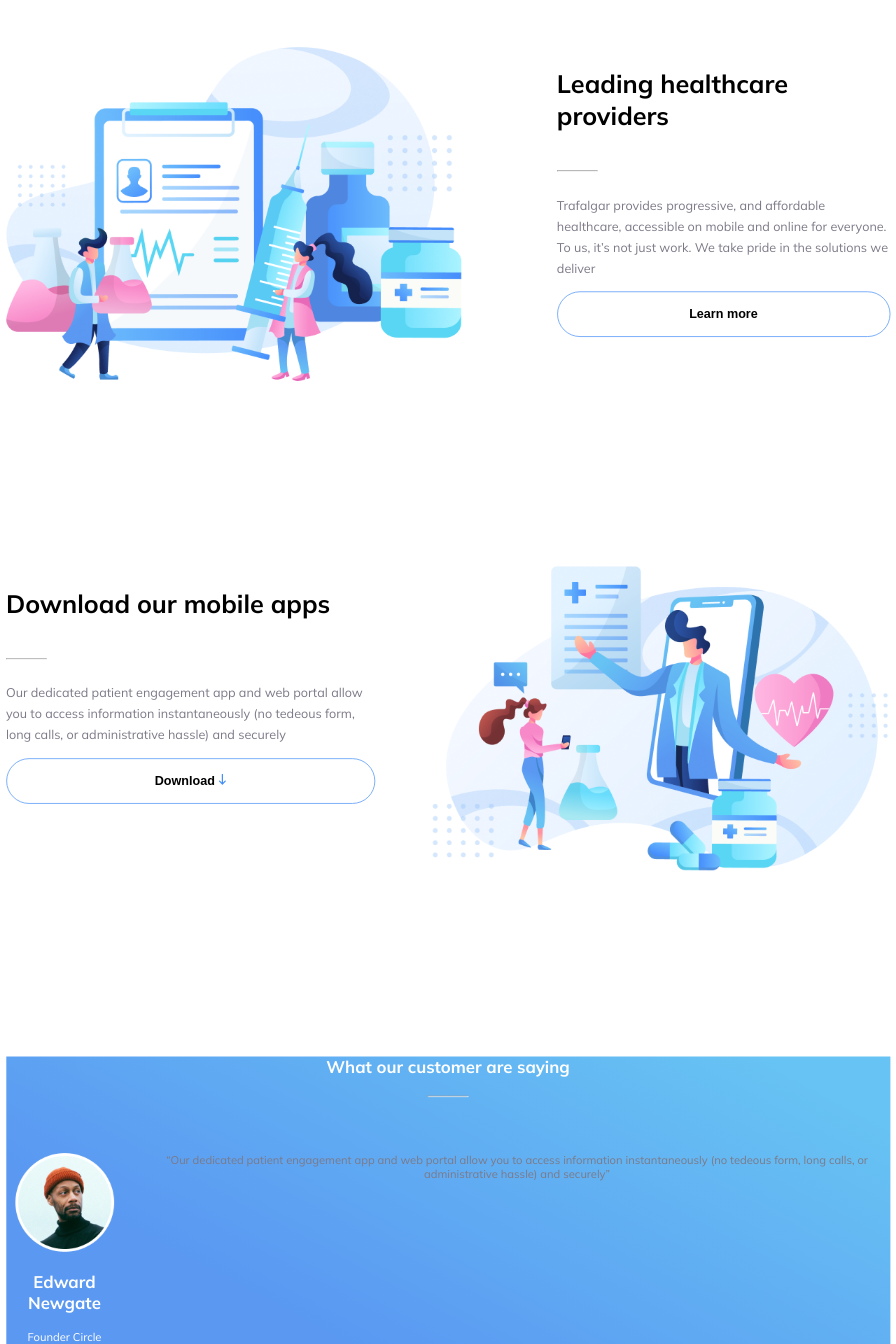
Repository: ivan-developer-01/trafalgar-layout
Page: index.html
These files come from the project's save history. The page is drawn as it stood at one moment and after the next save; the edit follows.
The browser window is 1280 px wide. The pictures show the part of the page from y = 2136 to 4056 px (the page is 4056 px tall), at 70% of full size.

Above is the page before, as saved 2024-11-08 15:22:54.

### index.html
<!DOCTYPE html>
<html lang="en">
<head>
	<meta charset="UTF-8">
	<meta http-equiv="X-UA-Compatible" content="IE=edge">
	<meta name="viewport" content="width=device-width, initial-scale=1.0">
	<title>Trafalgar Services</title>
	<link rel="preconnect" href="https://fonts.googleapis.com">
	<link rel="preconnect" href="https://fonts.gstatic.com" crossorigin>
	<link href="https://fonts.googleapis.com/css2?family=Mulish:ital,wght@0,200;0,300;0,400;0,500;0,600;0,700;0,800;0,900;1,200;1,300;1,400;1,500;1,600;1,700;1,800;1,900&display=swap" rel="stylesheet">
	<link rel="stylesheet" href="style.css">
</head>
<body>
	<header class="header">
		<div class="container">
			<!-- left part -->
			<div>
				<div class="logo">
					<img src="images/logo.png" alt="Trafalgar Logo">
				</div>
			</div>

			<!-- right part -->
			<div>
				<nav>
					<a href="#" class="nav__link nav__link-main">Home</a>
					<a href="#" class="nav__link">Find a doctor</a>
					<a href="#" class="nav__link">Apps</a>
					<a href="#" class="nav__link">Testimonials</a>
					<a href="#" class="nav__link">About us</a>
				</nav>
			</div>
		</div>
	</header>

	<main>
		<section class="main-info">
			<div class="container">
				<!-- left part -->
				<div>
					<h1>Virtual healthcare for you</h1>

					<p>Trafalgar provides progressive, and affordable healthcare, accessible on mobile and online for everyone</p>

					<button class="button round-button bg-blue">Consult today</button>
				</div>

				<!-- right part -->
				<div>
					<img src="images/hero.png" alt="Trafalgar hero image">
				</div>
			</div>

			<div class="overlay"></div>
		</section>

		<section class="our-services">
			<div class="container">
				<h2>Our services</h2>
				<hr>

				<p>We provide to you the best choiches for you. Adjust it to your health needs and make sure your undergo treatment with our highly qualified doctors you can consult with us which type of service is suitable for your health</p>

				<div class="cards">
					<div class="card">
						<img src="images/our-services/cards/search-doctor.svg" alt="Search doctor">
						<h3>Search doctor</h3>
						<p>Choose your doctor from thousands of specialist, general, and trusted hospitals</p>
					</div>
					<div class="card">
						<img src="images/our-services/cards/online-pharmacy.svg" alt="Online pharmacy">
						<h3>Online pharmacy</h3>
						<p>Buy  your medicines with our mobile application with a simple delivery system</p>
					</div>
					<div class="card">
						<img src="images/our-services/cards/consultation.svg" alt="Consultation">
						<h3>Consultation</h3>
						<p>Free consultation with our trusted doctors and get the best recomendations</p>
					</div>
					<div class="card">
						<img src="images/our-services/cards/details-info.svg" alt="Details info">
						<h3>Details info</h3>
						<p>Free consultation with our trusted doctors and get the best recomendations</p>
					</div>
					<div class="card">
						<img src="images/our-services/cards/emergency-care.svg" alt="Emergency care">
						<h3>Emergency care</h3>
						<p>You can get 24/7 urgent care for yourself or your children and your
lovely family</p>
					</div>
					<div class="card">
						<img src="images/our-services/cards/tracking.svg" alt="Tracking">
						<h3>Tracking</h3>
						<p>Track and save your medical history and health data</p>
					</div>
				</div>

				<button class="button round-button">Learn more</button>
			</div>

			<div class="overlay"></div>
			<div class="top-overlay"></div>
		</section>

		<section class="apps">
			<div class="container">
				<div class="flex-two-blocks">
					<!-- left part -->
					<div>
						<div class="image">
							<img src="images/apps/leading-healthcare-providers.png" alt="Leading healthcare providers">
						</div>
					</div>

					<!-- right part -->
					<div>
						<h2>Leading healthcare providers</h2>
						<hr>
						<p>
							Trafalgar provides progressive, and affordable healthcare, accessible on mobile and online for everyone. To us, it’s not just work. We take pride in the solutions we deliver
						</p>

						<button class="button round-button">Learn more</button>
					</div>
				</div>

				<div class="flex-two-blocks">
					<!-- left part -->
					<div>
						<h2>Download our mobile apps</h2>
						<hr>
						<p>
							Our dedicated patient engagement app and web portal allow you to access information instantaneously (no tedeous form, long calls, or administrative hassle) and securely
						</p>

						<button class="button round-button">Download
							<img src="images/arrow-download.svg" alt="Download icon">
						</button>
					</div>

					<!-- right part -->
					<div>
						<div class="image">
							<img src="images/apps/mobile-apps.png" alt="Mobile apps">
						</div>
					</div>
				</div>
			</div>
		</section>

		<section class="reviews">
			<div class="container">
				<h2>What our customer are saying</h2>
				<hr>
				<div class="review-slider">
					<div class="review">
						<div class="user">
							<img src="images/reviews/avatar-1.png" alt="Avatar" class="avatar">
							<div class="user-credentials">
								<h3>Edward Newgate</h3>
								<span>Founder Circle</span>
							</div>
						</div>

						<div class="review-text">
							<p>
								“Our dedicated patient engagement app and web portal allow you to access information instantaneously (no tedeous form, long calls, or administrative hassle) and securely”
							</p>
						</div>
					</div>
				</div>
			</div>
		</section>
	</main>
</body>
</html>

### style.css
html,
body {
	width: 100vw;
	margin: 0;
	padding: 0;
	font-family: 'Mulish', sans-serif;
}

.container {
	width: 100%;
	max-width: 1263px;
	margin: 0 auto;
}

section hr {
	width: 56px;
	margin-top: 26px;
	margin-bottom: 33px;
}

h1 {
	font-size: 48px;
}

h3 {
	font-size: 24px;
}

p {
	color: #7D7987;
	margin-top: 0;
}

.button {
	/* appearance: none; */
	border: 1px solid #458FF6;
	background: transparent;
	cursor: pointer;
	font-weight: 700;
	font-size: 18px;
	padding: 21px 41px;
}

.button.round-button {
	border-radius: 999px;
}

.bg-blue {
	background-color: #458FF6;
	color: #FFF;
}

/* header */
.header {
	padding-top: 56px;
}

.header .container {
	display: flex;
	justify-content: space-between;
	align-items: center;
}

.header nav {
	display: flex;
	gap: 40px;
	font-size: 18px;
}

.header nav a {
	text-decoration: none;
	color: #8f8a9a;
}

.header .nav__link-main {
	color: #1F1534;
}
/* /header */

/* main-info */
.main-info {
	position: relative;
}

.main-info .overlay {
	position: absolute;
	top: 0;
	left: 0;
	right: 0;
	bottom: 0;
	background-image: url(images/main-info-overlay.png);
	background-repeat: no-repeat;
	z-index: -1;
}

.main-info .container {
	display: flex;
	justify-content: space-between;
	align-items: center;
	gap: 109px;
}

.main-info p {
	font-size: 21px;
	line-height: 32px;
	margin-top: 25px;
	margin-bottom: 45px;
}
/* /main-info */

/* our-services */
.our-services {
	margin-top: 190px;
	position: relative;
}

.our-services .overlay,
.our-services .top-overlay {
	position: absolute;
	right: 0;
	bottom: 0;
	left: 0;
	background-repeat: no-repeat;
	z-index: -1;
	pointer-events: none;
}

.our-services .overlay {
	top: calc(20% - 44px);
	background-image: url(images/our-services/our-services-overlay.svg);
}

.our-services .top-overlay {
	top: 46%;
	left: 76%;
	background-image: url(images/our-services/our-services-top-overlay.svg);
}

.our-services .container {
	text-align: center;
}

.our-services p {
	max-width: 952px;
	margin: 0 auto;
}

.our-services .cards {
	display: grid;
	grid-template-columns: repeat(3, 1fr);
	gap: 34px;
	margin-top: 80px;
	position: relative;
	background: transparent;
}

.our-services .cards .card {
	box-shadow: 10px 40px 50px 0px #E5E9F666;
	/* top right bottom left */
	width: calc(350px - 52px - 36px);
	height: calc(354px - 58px - 47px);
	border-radius: 20px;
	padding: 58px 52px 47px 36px;
	text-align: left;
	background: #FFF;
	z-index: 1;
}

.our-services .cards .card p {
	font-size: 16px;
	line-height: 28px;
}

.our-services .cards .card h3 {
	margin-top: 36.25px;
}

.our-services .button {
	margin-top: 72px;
	color: #458FF6;
	border-width: 1.4px;
	min-width: 200px;
}
/* /our-services */

/* apps */
.apps {
	margin-top: 220px;
}

.apps .container {
	display: grid;
	gap: 265px;
}

.apps .flex-two-blocks {
	display: flex;
}

.apps .flex-two-blocks div {
	display: flex;
	flex-direction: column;
}

.apps .flex-two-blocks h2 {
	font-size: 36px;
}

.apps .flex-two-blocks hr {
	text-align: left;
	width: 56px;
	margin-left: 0;
	margin-right: 0;
}

.apps .flex-two-blocks p {
	font-size: 18px;
	line-height: 30px;
}

.apps .flex-two-blocks:first-child {
	gap: 137px;
}

.apps .flex-two-blocks:last-child {
	gap: 71px;
}
/* /apps */

/* reviews */
.reviews {
	margin-top: 266px;
}

.reviews .container {
	background: linear-gradient(208.18deg, #67C3F3 9.05%, #5A98F2 76.74%);
	color: white;
	text-align: center;
}

.review-slider .review {
	display: flex;
	justify-content: center;
	gap: 30px;
	margin-top: 80px;
}
/* /reviews */

After the next save:
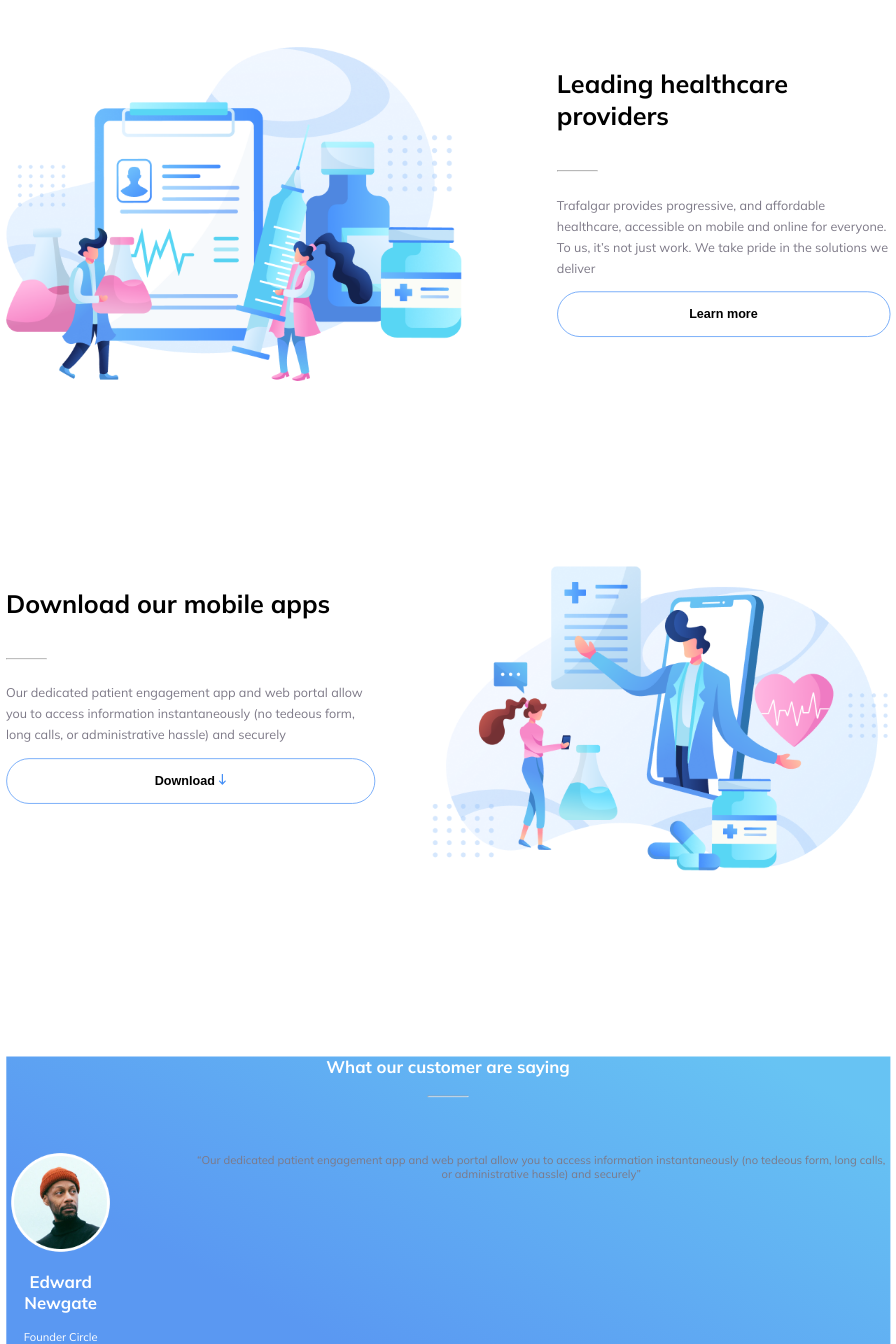
Saved 32 s later.
--- a/style.css
+++ b/style.css
@@ -241,7 +241,7 @@ p {
 .review-slider .review {
 	display: flex;
 	justify-content: center;
-	gap: 30px;
+	gap: 110px;
 	margin-top: 80px;
 }
 /* /reviews */
